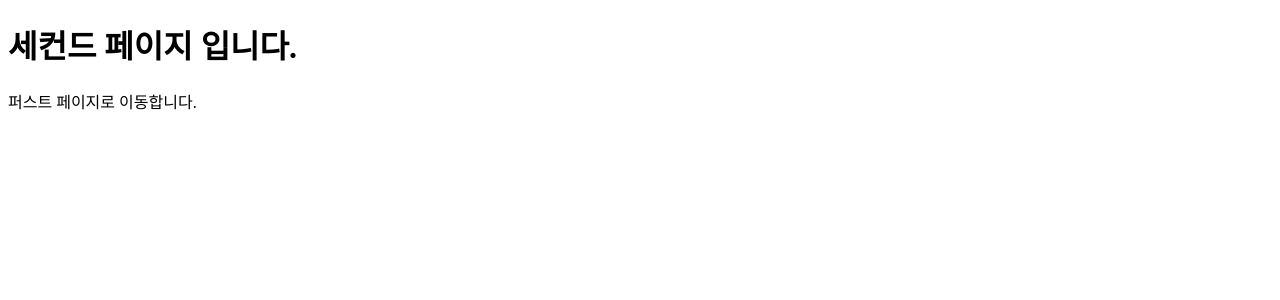
Repository: YooMyeongSeon/JSP_Servlet_Study
Page: http://localhost/web03/Ex_SecondPage.jsp
The author's editor kept a copy of each file at every save. The page is drawn from the files as they stood at one save, then again after the next save.
The browser window is 1280 px wide. The pictures show the whole page.
The page is served by Tomcat 9.

Above is the page before, as saved 2022-06-08 03:22:12.

After the next save:
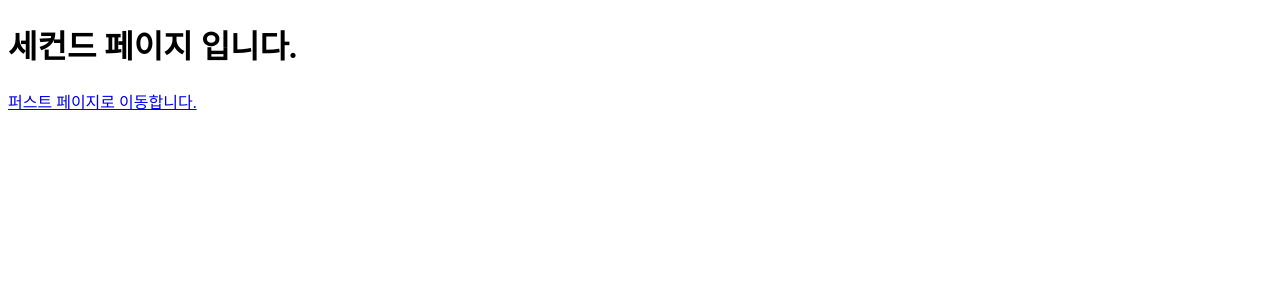
Saved 9 s later.
--- a/web03/WebContent/Ex_SecondPage.jsp
+++ b/web03/WebContent/Ex_SecondPage.jsp
@@ -8,6 +8,6 @@
 </head>
 <body>
 	<h1>세컨드 페이지 입니다.</h1>
-	<a>퍼스트 페이지로 이동합니다.</a><br>
+	<a href="./Ex_SecondPage.jsp">퍼스트 페이지로 이동합니다.</a><br>
 </body>
 </html>
